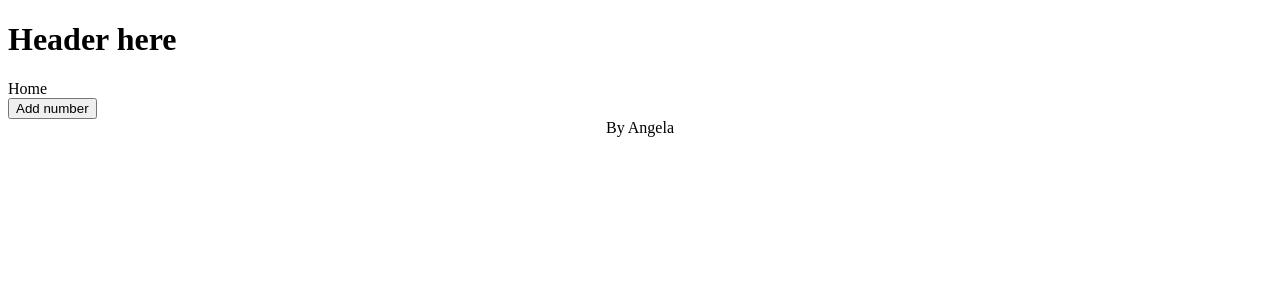
Repository: y-w-lee/class-3
Page: /ExampleFour
These files come from the project's save history. The page is drawn as it stood at one moment and after the next save; the edit follows.
The browser window is 1280 px wide. The pictures show the whole page.
The project was rebuilt for these pictures with package versions that can differ from the ones it lists, and the page was loaded fresh each time. The framework's server and built-in components were replaced by stand-ins that run in the browser. Also part of the build but not shown: next.config.js.

Above is the page before, as saved 2024-01-18 13:11:40.

After the next save:
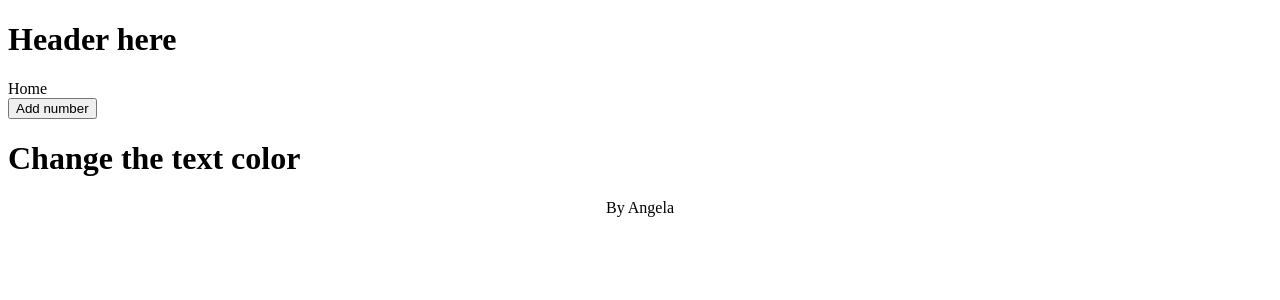
Saved 7 s later.
--- a/pages/ExampleFour.js
+++ b/pages/ExampleFour.js
@@ -39,7 +39,7 @@ useEffect(() => {
                     setNumber (number + 1);
                     setTrigger(true);
                 }}>Add number</button>
-
+                <h1>Change the text color</h1>
             </main>
             <Footer/>
         </>
